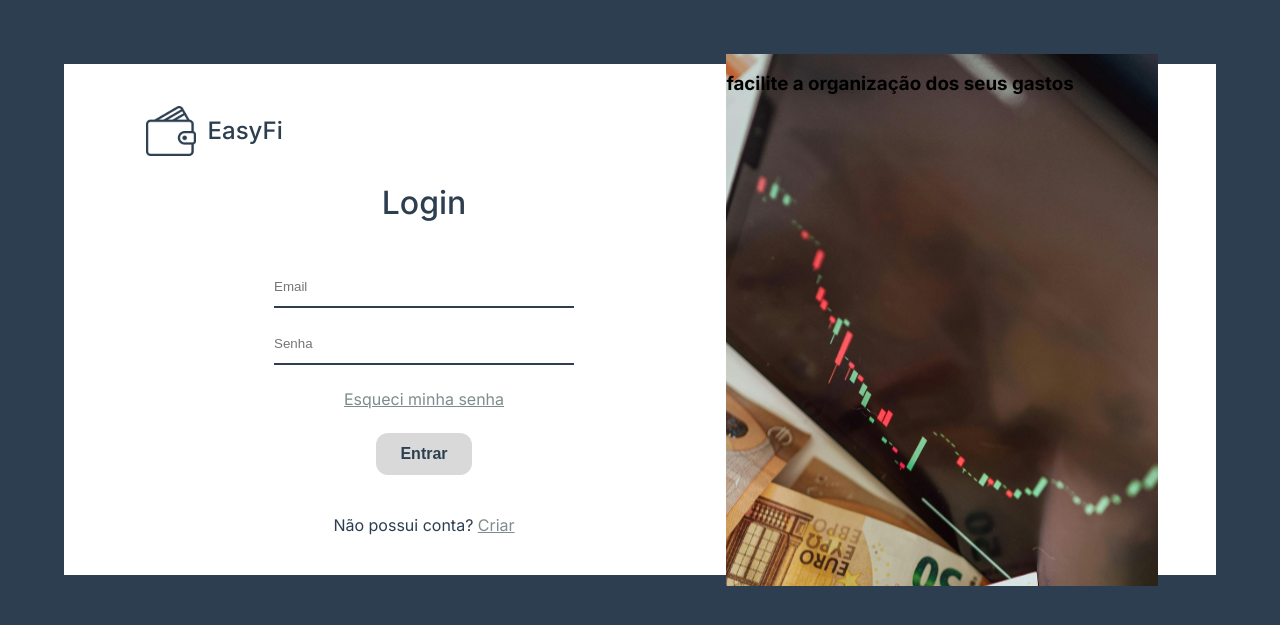
Repository: Ingridiag/projeto-engenharia
Page: login.html
The author's editor kept a copy of each file at every save. The page is drawn from the files as they stood at one save, then again after a run of saves.
The browser window is 1280 px wide. The pictures show the whole page.

Above is the page before, as saved 2024-10-28 16:33:09.

### login.html
<!DOCTYPE html>
<html lang="pt">

<head>
    <meta charset="UTF-8">
    <meta name="viewport" content="width=device-width, initial-scale=1.0">
    <link rel="preconnect" href="https://fonts.googleapis.com">
<link rel="preconnect" href="https://fonts.gstatic.com" crossorigin>
<link href="https://fonts.googleapis.com/css2?family=Inter:ital,opsz,wght@0,14..32,100..900;1,14..32,100..900&display=swap"
rel="stylesheet">
    <link rel="stylesheet" href="style.css">
    <title>Login</title>
</head>

<body>
    <div class="container">

        <!-- Tela Login -->
        <div class="login">
            <div class="primeira-coluna">
                <div class="logo">
                    <img src="imagens/logo-azul 1.svg" alt="logo">
                    <h1>EasyFi</h1>
                </div>
                <div class="formulario">
                    <h1 class="title">Login</h1>
                    <form >
                        <input type="email" placeholder="Email">
                        <input type="password" placeholder="Senha">
                    </form>
                    <div class="uses">
                        <a href="#" class="link">Esqueci minha senha</a>

                    </div>
                    <div class="btn-default">
                        <button>
                            Entrar
                        </button>
                    </div>
                    <div >
                        <p>Não possui conta?
                            <span>
                                <a href="#" class="link">Criar</a>
                            </span>
                        </p>
                    </div>
                </div>
            </div>
            <div class="decor">
                <h3 class="mensagem">
                    facilite a organização dos seus gastos
                </h3>
            </div>
        </div>



        <div class="cadastro">
            <!-- Tela Cadastro -->
            <div class="decor">
                <h3 class="mensagem">
                    facilite a organização dos seus gastos
                </h3>
            </div>

            <div class="primeira-coluna">
                <div class="logo">
                    <img src="imagens/logo-azul 1.svg" alt="logo">
                    <h1>EasyFi</h1>
                </div>
                <div class="formulario">
                    <h1 class="title">Criar Conta</h1>
                    <form >
                        <input type="text" placeholder="Nome">
                        <input type="email" placeholder="Email">
                        <input type="password" placeholder="Senha">
                        <input type="password" placeholder=" Confirmar senha">
                    </form>
                    <div>
                        <a href="#" class="link">Esqueci minha senha</a>

                    </div>
                    <div class="btn-default">
                        <button>
                            Entrar
                        </button>
                    </div>
                    <div class="uses">
                        <p>Já possui conta?
                            <span>
                                <a href="#" class="link">Login</a>
                            </span>
                        </p>
                    </div>
                </div>
            </div>
        </div>


    </div>

</body>

</html>

### style.css
body {
    margin: 0;
    padding: 0;
    box-sizing: border-box;
    background: #2C3E50;
    font-family: "Inter", sans-serif;
}

.container {
    display: flex;
    justify-content: center;
    align-items: center;
    margin: 5%;
}

.login {
    width: 100%;
    height: 55vh;
    padding: 5%;
    display: flex;
    align-items: center;
    background: #fff;
    justify-content: space-between;
}

.primeira-coluna {
    width: 70%;
    display: flex;
    flex-direction: column;
    justify-content: center;
    /* background: #909090; */
}

.logo {
    display: flex;
    gap: 12px;
    align-items: center;
    padding: 12px 24px 0;
    color: #2C3E50;

    h1 {
        font-size: 24px;
        font-weight: 500;
    }
    img{
        width: 50px;

    }

}

.formulario {
    display: flex;
    flex-direction: column;
    align-items: center;
    gap: 24px;
    color: #2C3E50;
    h1{
        font-weight: 500;}
}

.formulario form {
    display: flex;
    flex-direction: column;
    gap: 16px;
}

.formulario form input {
    width: 300px;
    padding: 12px 0px;
    background: none;
    border: none;
    border-bottom: 2px solid #2C3E50;
    outline: none;
    color: #2C3E50;

}

.formulario a {
    color: #7F8C8D;
}

.btn-default button {
    background: #D9D9D9;
    border: none;
    border-radius: 12px;
    padding: 12px 24px;
    font-size: 16px;
    transition: 0.2s ease;
    cursor: pointer;
    color: #2C3E50;
    font-weight: 600;
}

.btn-default button:hover {
    background: #F4EEEE;
    color: #577695;
    transform: scale(1.1);
}
.decor{
    height: 134.3%;
    width: 50%;
    background-image: url(imagens/imagem_background.svg);
}

.cadastro {
    display: none;
    flex-direction: column;
    position: relative;
}

After the next 2 saves:
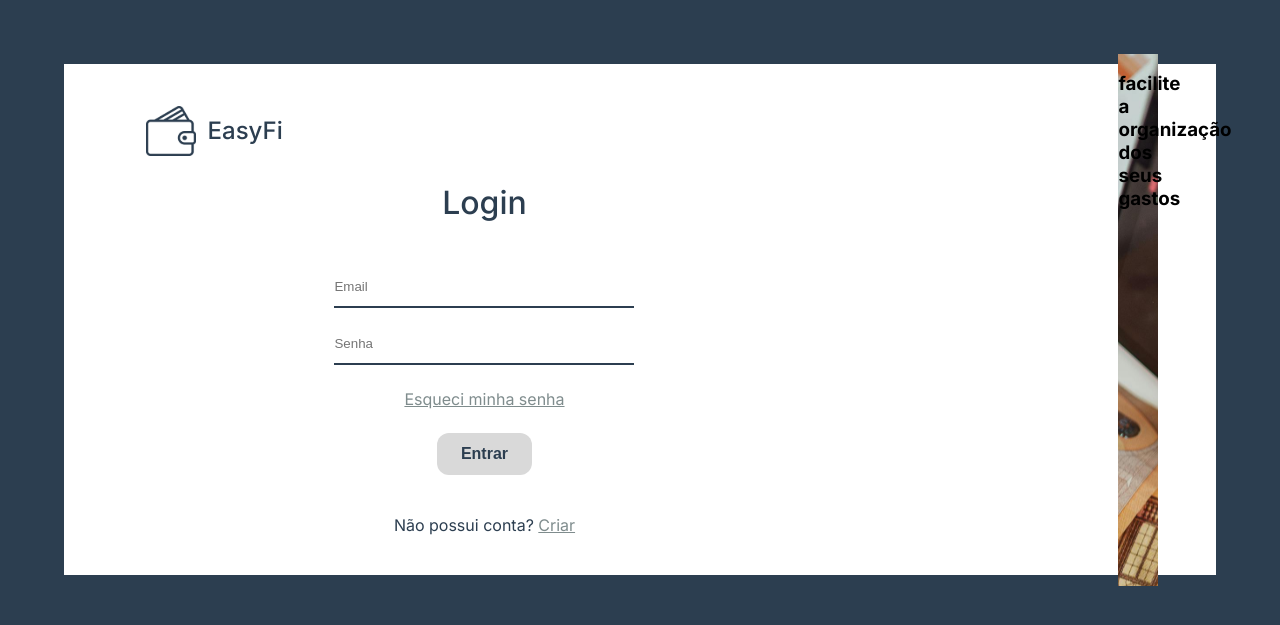
The 2 saves are shown as one change because they came seconds apart.
The last was saved 6 s later.
--- a/style.css
+++ b/style.css
@@ -99,7 +99,7 @@ body {
 }
 .decor{
     height: 134.3%;
-    width: 50%;
+    width: 40px;
     background-image: url(imagens/imagem_background.svg);
 }
 
